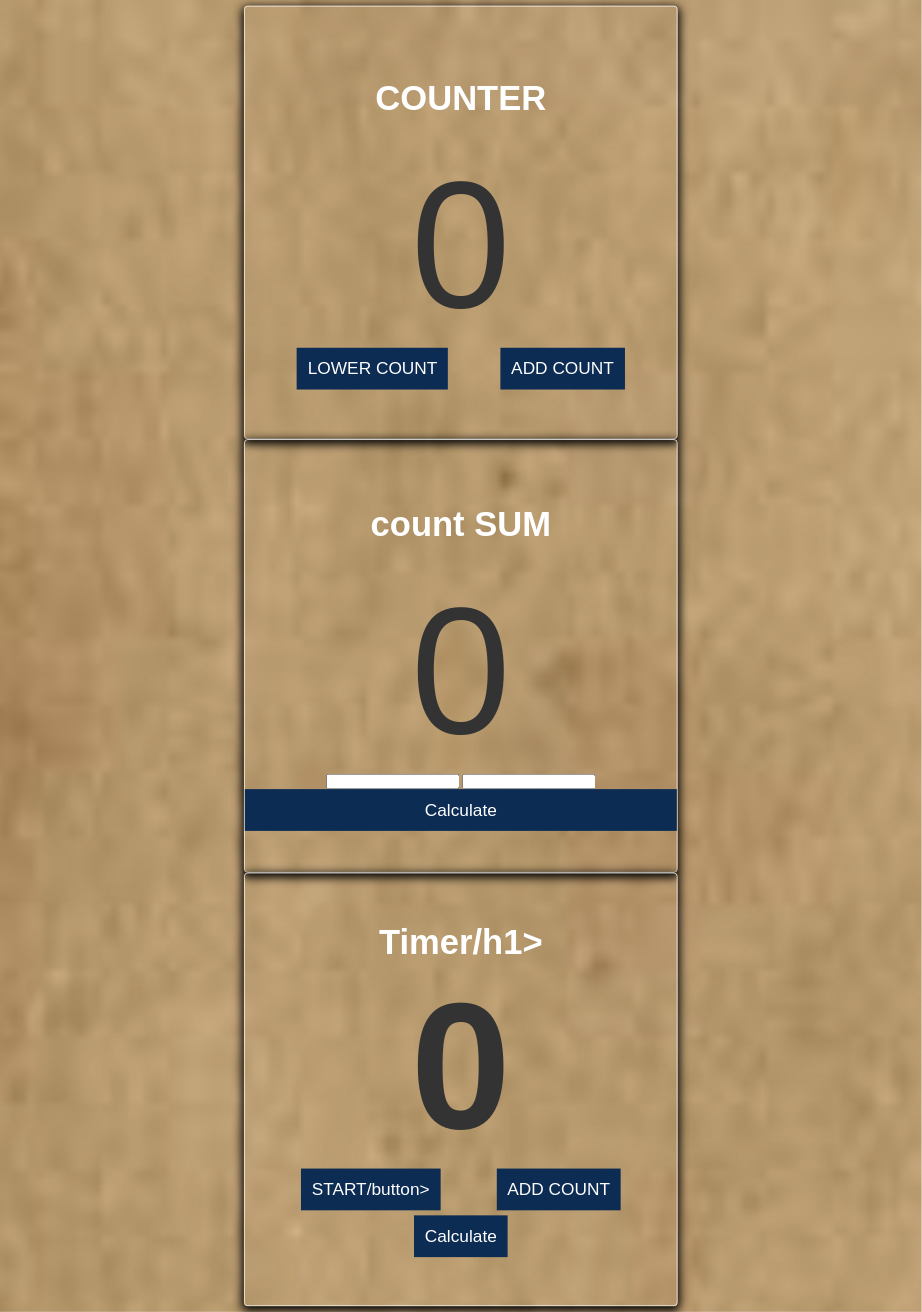
Repository: Hasmik-icml/counter
Page: index.html
The author's editor kept a copy of each file at every save. The page is drawn from the files as they stood at one save, then again after the next save.
The browser window is 1280 px wide. The pictures show the whole page, at 72% of full size.

Above is the page before, as saved 2022-02-14 18:17:34.

### index.html
<!DOCTYPE html>
<html lang="en">
<head>
    <meta charset="UTF-8">
    <meta http-equiv="X-UA-Compatible" content="IE=edge">
    <meta name="viewport" content="width=device-width, initial-scale=1.0">
    <link rel="stylesheet" href="/style.css">
    <title>Document</title>
</head>
<body>
    <!-- increase decrease -->
    <div class="container">
        <h1 class="counterHeader">COUNTER</h1>
        <div class="result">0</div>
        <div class="buttons">
            <button class="buttonLower button">LOWER COUNT</button>
            <button class="buttonAdd button">ADD COUNT</button>
    </div>
    </div>

    <!--calculate sum of two numbers  -->
    <div class="container">
        <h1 class="counterHeader">count SUM</h1>
        <div class="resultSum result">0</div>
        <div class="inputs">
            <input type="text" class="inputNumber1 input">
            <input type="text" class="inputNumber2 input">
        </div>
        <button class="calculateNumber button">Calculate</button>
        <!--  -->
    </div>
    <!-- timer -->
    <div class="container">
        <h1 class="counterHeader">Timer/h1>
        <div class="resultTimer result">0</div>
        <div class="timerButtons buttons">
            <button class="buttonLower button">START/button>
            <button class="buttonAdd button">ADD COUNT</button>
         </div>
        <button class="calculateNumber button">Calculate</button>
        <!--  -->
    </div>


    <script src="/index.js"></script>
</body>
</html>

### style.css
body{
    display:flex;
    flex-direction:column;
    justify-content:center;
    min-height:100vh;
    background-image: url("/Screenshot_14.png");
    background-repeat: no-repeat;
    background-size: cover;
}
.container {
    width: 600px;
    height: 600px;
    border: 1px solid white;
    border-radius: 5px;
    margin: auto;
    text-align: center;
    box-shadow: 0px 4px 13px 3px;
    display: flex;
    flex-direction: column;
    justify-content: center;
}
.counterHeader{
    color: white;
    font-family: sans-serif;
    font-size: xxx-large;
}
.result{
    color: #333333;
    font-family: sans-serif;
    font-size: 250px;
}
.button{
    background-color: #0c2c54;
    border-style: none;
    color: white;
    padding: 15px;
    font-family: sans-serif;
    font-size: x-large;
}
.buttons{
    display: flex;
    justify-content: space-evenly;
}

### index.js
const result = document.querySelector(".result");
const buttonLower = document.querySelector(".buttonLower");
const buttonAdd = document.querySelector(".buttonAdd");

buttonLower.addEventListener("click", function(){
    result.innerHTML--;
})
buttonAdd.addEventListener("click", function(){
    result.innerHTML++;
})

// function incrisOrDecris(){

// }
// document.querySelectorAll(".button").forEach(item => {
//     item.addEventListener("click", function(e){
//         console.log(e.target);
//         // this.innerHTML++;
//     })
// })


document.querySelector(".calculateNumber").addEventListener("click", function(){
    const number1 = +document.querySelector(".inputNumber1").value;
    const number2 = +document.querySelector(".inputNumber2").value;
    document.querySelector(".resultSum").innerHTML = calculate(number1)(number2);

})

function calculate(num1){
    return function(num2){
        return num1 + num2;
    }
}

After the next save:
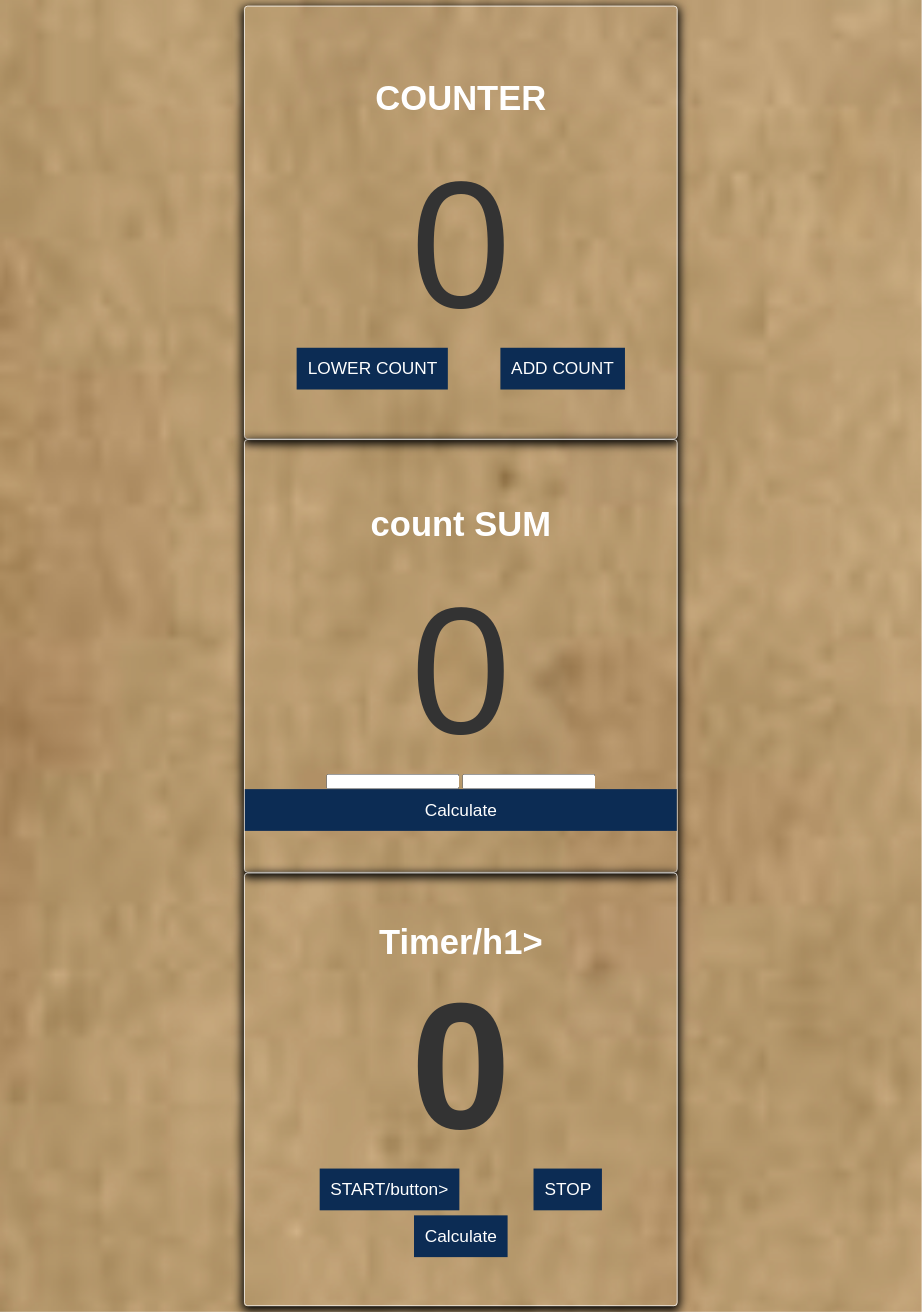
Saved 4 s later.
--- a/index.html
+++ b/index.html
@@ -35,7 +35,7 @@
         <div class="resultTimer result">0</div>
         <div class="timerButtons buttons">
             <button class="buttonLower button">START/button>
-            <button class="buttonAdd button">ADD COUNT</button>
+            <button class="buttonAdd button">STOP</button>
          </div>
         <button class="calculateNumber button">Calculate</button>
         <!--  -->
